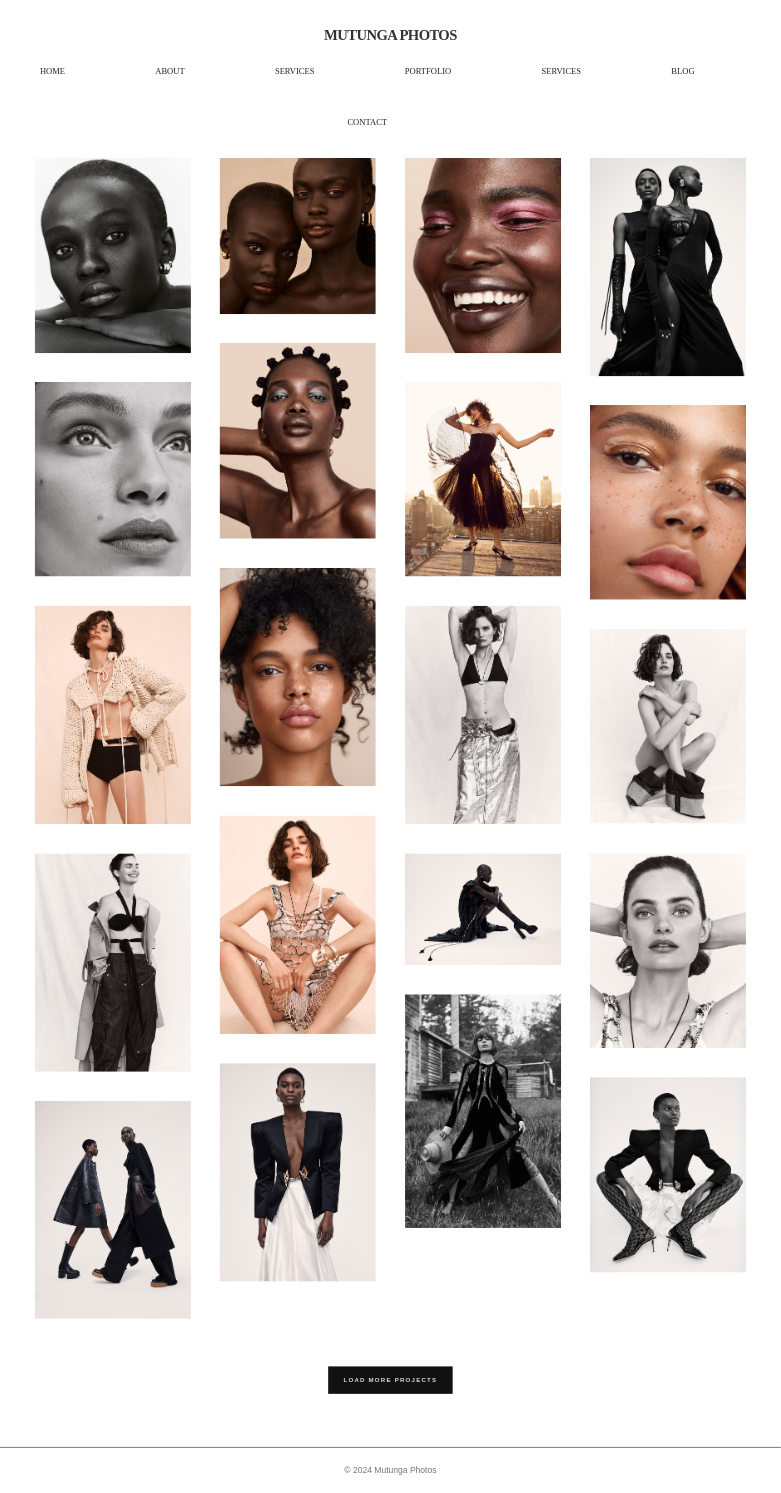
Repository: Jonar254/mutunga-concept-01
Page: index.html
An editor plug-in stored every save of this project. The page is shown before and after the next save, followed by the edit.
The browser window is 1280 px wide. The pictures show the whole page, at 61% of full size.
Some web fonts or font styles are not loaded; a fallback is used.

Above is the page before, as saved 2024-07-02 17:19:46.

### index.html
<!doctype html>
<!--[if lt IE 7]>      <html class="no-js lt-ie9 lt-ie8 lt-ie7" lang=""> <![endif]-->
<!--[if IE 7]>         <html class="no-js lt-ie9 lt-ie8" lang=""> <![endif]-->
<!--[if IE 8]>         <html class="no-js lt-ie9" lang=""> <![endif]-->
<!--[if gt IE 8]><!--> <html class="no-js" lang="en"> <!--<![endif]-->


<head>
        <meta charset="utf-8">
        <meta name="viewport" content="width=device-width, initial-scale=1">
		<meta name="description" content="">
        <meta name="author" content="IconicThemes">

        <title>Mutunga Photos || Index</title>

		<link rel="shortcut icon" type="image/x-icon" href="img/favicon.png">

        <!-- Font Awesome Icons CSS -->
        <link rel="stylesheet" href="css/font-awesome.min.css">
        <!-- Themify Icons CSS -->
        <link rel="stylesheet" href="css/themify-icons.css">
        <!-- Elegant Font Icons CSS -->
        <link rel="stylesheet" href="css/elegant-font-icons.css">
        <!-- Elegant Line Icons CSS -->
        <link rel="stylesheet" href="css/elegant-line-icons.css">
		<!-- Bootstrap CSS -->
        <link rel="stylesheet" href="css/bootstrap.min.css">
        <!-- CSS Animation -->
        <link rel="stylesheet" href="css/animate.min.css">
		<!-- Venobox CSS -->
        <link rel="stylesheet" href="css/venobox/venobox.css">
		<!-- OWL-Carousel CSS -->
        <link rel="stylesheet" href="css/owl.carousel.css">
        <!-- Slick Nav CSS -->
        <link rel="stylesheet" href="css/slicknav.min.css">
		<!-- Main CSS -->
        <link rel="stylesheet" href="css/main.css">
		<!-- Responsive CSS -->
        <link rel="stylesheet" href="css/responsive.css">

        <script src="js/vendor/modernizr-2.8.3-respond-1.4.2.min.js"></script>
    </head>
    <body>
        <!--[if lt IE 8]>
            <p class="browserupgrade">You are using an <strong>outdated</strong> browser. Please <a href="http://browsehappy.com/">upgrade your browser</a> to improve your experience.</p>
        <![endif]-->

        <div class="site-preloader-wrap">
            <div class="spinner"></div>
        </div><!-- Preloader -->

        <header id="header" class="header-section">
            <div class="container-fluid">
                <div class="row d-flex flex-column align-items-center">
                    <div class="col-12 text-center pt-lg-4">
                        <div class="site-branding">
                            <a href="#"><h2 class="site-title fw-bold"><span>MUTUNGA PHOTOS</span></h2></a>
                        </div>
                    </div>
                    <div class="col-12 text-center">
                        <ul id="mainmenu" class="nav navbar-nav nav-menu">
                            <li class="nav-item active"><a href="index.html" class="nav-link">Home</a></li>
                            <li class="nav-item"><a href="about.html" class="nav-link">About</a></li>
                            <li class="nav-item"><a href="services.html" class="nav-link">Services</a></li>
                            <li class="nav-item"><a href="portfolio.html" class="nav-link">Portfolio</a></li>
                            <li class="nav-item"><a href="services.html" class="nav-link">Services</a></li>
                             <li class="nav-item"><a href="blog.html" class="nav-link">Blog</a>
                                <ul class="submenu">
                                    <li class="nav-item"><a href="blog-single.html" class="nav-link">Blog Single</a></li>
                                </ul>
                            </li>
                            <li class="nav-item"><a href="contact.html" class="nav-link">Contact</a></li>
                        </ul>
                    </div>
                </div>
            </div>
        </header>


       <!--<div class="header-height"></div>-->



        <section class="portfolio-section padding">
        <div class="container-fluid px-lg-5">
            <!-- <div class="row">
                 <ul class="portfolio-filter text-center mb-30">
                     <li class="active" data-filter="*">All</li>
                     <li data-filter=".branding">Branding</li>
                     <li data-filter=".design">Design</li>
                     <li data-filter=".wordpress">Wordpress</li>
                     <li data-filter=".marketing">Marketing</li>
                 </ul> /.Work filter
             </div> -->
             <div class="row portfolio-items">
                 <div class="col-lg-3 col-md-4 col-sm-6 mb-5 px-4 single-item branding design">
                     <div class="portfolio-box">
                         <img src="img/lara (1).jpeg" alt="img">
                         <div class="portfolio-inner">
                             <div class="portfolio-content">
                                 <h3><a href="portfolio-single.html">1</a></h3>
                                 <span>Branding</span>
                             </div>
                         </div>
                     </div>
                 </div><!-- /Portfolio-1 -->
                 <div class="col-lg-3 col-md-4 col-sm-6 mb-5 px-4 single-item design wordpress">
                     <div class="portfolio-box">
                         <img src="img/lara (2).jpeg" alt="img">
                         <div class="portfolio-inner">
                             <div class="portfolio-content">
                                 <h3><a href="portfolio-single.html">2</a></h3>
                                 <span>Design</span>
                             </div>
                         </div>
                     </div>
                 </div><!-- /Portfolio-2 -->
                 <div class="col-lg-3 col-md-4 col-sm-6 mb-5 px-4 single-item wordpress marketing">
                     <div class="portfolio-box">
                         <img src="img/lara (3).jpeg" alt="img">
                         <div class="portfolio-inner">
                             <div class="portfolio-content">
                                 <h3><a href="portfolio-single.html">3</a></h3>
                                 <span>Web Design</span>
                             </div>
                         </div>
                     </div>
                 </div><!-- /Portfolio-3 -->
                 <div class="col-lg-3 col-md-4 col-sm-6 mb-5 px-4 single-item branding marketing">
                     <div class="portfolio-box">
                         <img src="img/lara (17).jpg" alt="img">
                         <div class="portfolio-inner">
                             <div class="portfolio-content">
                                 <h3><a href="portfolio-single.html">4</a></h3>
                                 <span>Website</span>
                             </div>
                         </div>
                     </div>
                 </div><!-- /Portfolio-4 -->
                 <div class="col-lg-3 col-md-4 col-sm-6 mb-5 px-4 single-item design branding">
                     <div class="portfolio-box">
                         <img src="img/lara (5).jpeg" alt="img">
                         <div class="portfolio-inner">
                             <div class="portfolio-content">
                                 <h3><a href="portfolio-single.html">5</a></h3>
                                 <span>Design</span>
                             </div>
                         </div>
                     </div>
                 </div><!-- /Portfolio-5 -->
                 <div class="col-lg-3 col-md-4 col-sm-6 mb-5 px-4 single-item wordpress design">
                     <div class="portfolio-box">
                         <img src="img/lara (6).jpeg" alt="img">
                         <div class="portfolio-inner">
                             <div class="portfolio-content">
                                 <h3><a href="portfolio-single.html">6</a></h3>
                                 <span>Branding</span>
                             </div>
                         </div>
                     </div>
                 </div><!-- /Portfolio-6 -->
                 <div class="col-lg-3 col-md-4 col-sm-6 mb-5 px-4 single-item branding wordpress">
                     <div class="portfolio-box">
                         <img src="img/lara (7).jpeg" alt="img">
                         <div class="portfolio-inner">
                             <div class="portfolio-content">
                                 <h3><a href="portfolio-single.html">7</a></h3>
                                 <span>Website</span>
                             </div>
                         </div>
                     </div>
                 </div><!-- /Portfolio-7 -->
                 <div class="col-lg-3 col-md-4 col-sm-6 mb-5 px-4 single-item design marketing">
                     <div class="portfolio-box">
                         <img src="img/lara (8).jpg" alt="img">
                         <div class="portfolio-inner">
                             <div class="portfolio-content">
                                 <h3><a href="portfolio-single.html">8</a></h3>
                                 <span>Branding</span>
                             </div>
                         </div>
                     </div>
                 </div><!-- /Portfolio-8 -->
                 <div class="col-lg-3 col-md-4 col-sm-6 mb-5 px-4 single-item marketing design">
                     <div class="portfolio-box">
                         <img src="img/lara (9).jpg" alt="img">
                         <div class="portfolio-inner">
                             <div class="portfolio-content">
                                 <h3><a href="portfolio-single.html">9</a></h3>
                                 <span>Design</span>
                             </div>
                         </div>
                     </div>
                 </div><!-- /Portfolio-9 -->
                 <!-- Portfolio Items from 10 to 20 -->
<div class="col-lg-3 col-md-4 col-sm-6 mb-5 px-4 single-item marketing design">
    <div class="portfolio-box">
        <img src="img/lara (10).jpg" alt="img">
        <div class="portfolio-inner">
            <div class="portfolio-content">
                <h3><a href="portfolio-single.html">10</a></h3>
                <span>Design</span>
            </div>
        </div>
    </div>
</div><!-- /Portfolio-10 -->

<div class="col-lg-3 col-md-4 col-sm-6 mb-5 px-4 single-item marketing design">
    <div class="portfolio-box">
        <img src="img/lara (11).jpg" alt="img">
        <div class="portfolio-inner">
            <div class="portfolio-content">
                <h3><a href="portfolio-single.html">11</a></h3>
                <span>Design</span>
            </div>
        </div>
    </div>
</div><!-- /Portfolio-11 -->

<div class="col-lg-3 col-md-4 col-sm-6 mb-5 px-4 single-item marketing design">
    <div class="portfolio-box">
        <img src="img/lara (12).jpg" alt="img">
        <div class="portfolio-inner">
            <div class="portfolio-content">
                <h3><a href="portfolio-single.html">12</a></h3>
                <span>Design</span>
            </div>
        </div>
    </div>
</div><!-- /Portfolio-12 -->

<div class="col-lg-3 col-md-4 col-sm-6 mb-5 px-4 single-item marketing design">
    <div class="portfolio-box">
        <img src="img/lara (13).jpg" alt="img">
        <div class="portfolio-inner">
            <div class="portfolio-content">
                <h3><a href="portfolio-single.html">13</a></h3>
                <span>Design</span>
            </div>
        </div>
    </div>
</div><!-- /Portfolio-13 -->

<div class="col-lg-3 col-md-4 col-sm-6 mb-5 px-4 single-item marketing design">
    <div class="portfolio-box">
        <img src="img/lara (14).jpg" alt="img">
        <div class="portfolio-inner">
            <div class="portfolio-content">
                <h3><a href="portfolio-single.html">14</a></h3>
                <span>Design</span>
            </div>
        </div>
    </div>
</div><!-- /Portfolio-14 -->

<div class="col-lg-3 col-md-4 col-sm-6 mb-5 px-4 single-item marketing design">
    <div class="portfolio-box">
        <img src="img/lara (15).jpg" alt="img">
        <div class="portfolio-inner">
            <div class="portfolio-content">
                <h3><a href="portfolio-single.html">15</a></h3>
                <span>Design</span>
            </div>
        </div>
    </div>
</div><!-- /Portfolio-15 -->

<div class="col-lg-3 col-md-4 col-sm-6 mb-5 px-4 single-item marketing design">
    <div class="portfolio-box">
        <img src="img/lara (16).jpg" alt="img">
        <div class="portfolio-inner">
            <div class="portfolio-content">
                <h3><a href="portfolio-single.html">16</a></h3>
                <span>Design</span>
            </div>
        </div>
    </div>
</div><!-- /Portfolio-16 -->

<div class="col-lg-3 col-md-4 col-sm-6 mb-5 px-4 single-item marketing design">
    <div class="portfolio-box">
        <img src="img/lara (4).jpg" alt="img">
        <div class="portfolio-inner">
            <div class="portfolio-content">
                <h3><a href="portfolio-single.html">17</a></h3>
                <span>Design</span>
            </div>
        </div>
    </div>
</div><!-- /Portfolio-17 -->

<div class="col-lg-3 col-md-4 col-sm-6 mb-5 px-4 single-item marketing design">
    <div class="portfolio-box">
        <img src="img/lara (18).jpg" alt="img">
        <div class="portfolio-inner">
            <div the "portfolio-content">
                <h3><a href="portfolio-single.html">18</a></h3>
                <span>Design</span>
            </div>
        </div>
    </div>
</div><!-- /Portfolio-18 -->

<div class="col-lg-3 col-md-4 col-sm-6 mb-5 px-4 single-item marketing design">
    <div class="portfolio-box">
        <img src="img/lara (19).jpg" alt="img">
        <div class="portfolio-inner">
            <div class="portfolio-content">
                <h3><a href="portfolio-single.html">19</a></h3>
                <span>Design</span>
            </div>
        </div>
    </div>
</div><!-- /Portfolio-19 -->

<div class="col-lg-3 col-md-4 col-sm-6 mb-5 px-4 single-item marketing design">
    <div class="portfolio-box">
        <img src="img/lara (20).jpg" alt="img">
        <div class="portfolio-inner">
            <div the "portfolio-content">
                <h3><a href="portfolio-single.html">20</a></h3>
                <span>Design</span>
            </div>
        </div>
    </div>
</div><!-- /Portfolio-20 -->

             </div>
             <div class="load-more-btn text-center mt-30">
                 <a href="#" class="default-btn">Load More Projects</a>
             </div>
         </div>
        </section>

<!--
        <section class="footer-widget-section padding">
            <div class="container">
                <div class="row">
                    <div class="col-md-4 col-sm-6 xs-padding">
                        <div class="footer-widget">
                            <h2 class="text-white">Stela.</h2>
                            <div class="sep"></div>
                            <p class="mb-0">Stela will help you to make any website like creative startups, professional photographer, portfolio agency or other business very easily as it has been coded in Bootstrap and CSS3.</p>
                        </div>
                    </div>
                    <div class="col-md-4 col-sm-6 xs-padding">
                        <div class="footer-widget">
                            <ul class="address">
                                <li><i class="fa fa-phone"></i> <a href="mailto:+12345678905">+1234 567 8905</a></li>
                                <li><i class="fa fa-envelope-o"></i> <a href="mailto:email@yourdomain.com">email@yourdomain.com</a></li>
                                <li><i class="fa fa-map-marker"></i> 60 Grand Avenue. Central New Road 0708, USA</li>
                            </ul>
                            <ul class="social-icon">
                                <li class="facebook"><a href="#"><i class="fa fa-facebook"></i></a></li>
                                <li class="twitter"><a href="#"><i class="fa fa-twitter"></i></a></li>
                                <li class="instagram"><a href="#"><i class="fa fa-instagram"></i></a></li>
                                <li class="pinterest"><a href="#"><i class="fa fa-pinterest"></i></a></li>
                                <li class="dribbble"><a href="#"><i class="fa fa-dribbble"></i></a></li>
                            </ul>
                        </div>
                    </div>
                    <div class="col-md-4 col-sm-6 xs-padding">
                        <div class="footer-widget">
                            <h2 class="text-white">About me.</h2>
                            <div class="sep"></div>
                            <p class="mb-0">I believe that every client Business more management is a holistic management approach focused on aligning all aspects organization with the wants and needs of clients.</p>
                        </div>
                    </div>
                </div>
            </div>
        </section><!-- /.footer-widget-section -->

        <footer class="copyright-text text-center">
            <div class="container">
                <p>&copy; 2024 Mutunga Photos</p>
            </div>
        </footer><!-- /.copyright-text -->

		<a data-scroll href="#header" id="scroll-to-top"><i class="arrow_up"></i></a>

		<!-- jQuery Lib -->
		<script src="js/vendor/jquery-1.12.4.min.js"></script>
		<!-- Bootstrap JS -->
		<script src="js/vendor/bootstrap.min.js"></script>
		<!-- Tether JS -->
		<script src="js/vendor/tether.min.js"></script>
        <!-- Imagesloaded JS -->
        <script src="js/vendor/imagesloaded.pkgd.min.js"></script>
		<!-- OWL-Carousel JS -->
		<script src="js/vendor/owl.carousel.min.js"></script>
		<!-- isotope JS -->
		<script src="js/vendor/jquery.isotope.v3.0.2.js"></script>
		<!-- Smooth Scroll JS -->
		<script src="js/vendor/smooth-scroll.min.js"></script>
		<!-- venobox JS -->
		<script src="js/vendor/venobox.min.js"></script>
        <!-- Slick Nav JS -->
        <script src="js/vendor/jquery.slicknav.min.js"></script>
        <!-- Wow JS -->
		<script src="js/vendor/wow.min.js"></script>
		<!-- Contact JS -->
		<script src="js/contact.js"></script>
		<!-- Main JS -->
		<script src="js/main.js"></script>

    </body>

</html>

### css/responsive.css
/* Charitify Theme Responsive Design */

@media (max-width: 1024px) {
   .skill-content {
    padding: 29px 20px;
}

/* ---- Start of max-width 992px CSS ---- */
@media (max-width: 992px) {
    .sm-padding{
        padding: 15px;
    }
    ul.nav > li > a {
        font-size: 10px;
        padding: 0 5px;
    }
    .blog-content p{
        font-size: 12px;
    }
    .blog-items{
        padding: 0 10px;
    }
    .list-items .blog-post .col-md-6:first-child{
        padding-left: 15px;
    }
    .bottom-header .default-btn{
        display: none;
    }
    #mainmenu li{
        padding-left: 15px;
    }
    .hero-content h1{
        font-size: 36px;
    }
    .about-bg {
        margin-bottom: 30px;
    }
    .comments-list .comment-box {
        width: 80%;
    }
    .reply-list .comment-box{
        width: 80%;
    }
    .social-icon li{
        margin-bottom: 10px;
    }

}
/* ---- End of max-width 992px CSS ---- */


/* ---- Start of min-width 480px and max-width 768px CSS ---- */
@media all and (min-width: 480px) and (max-width: 768px) {

}
/* ---- End of min-width 480px and max-width 768px CSS ---- */


/* ---- Start of max-width 767px CSS ---- */
@media all and (max-width: 767px) {
    body, p{
        font-size: 12px;
        line-height: 22px;
    }
    h1{
        font-size: 30px;
        line-height: 40px;
    }
    h2 br,
    h1 br{
        display: none;
    }
    h2{
        font-size: 20px;
    }
    h3{
        font-size: 16px;
    }
    p br{
        display: none;
    }
    .hero-section,
    .page-header.
    .padding{
        padding: 60px 0;
    }
    .portfolio-section{ padding-top: 0; }
    .xs-padding{
    	padding: 15px;
    }
    .site-branding {
        padding: 17px 0;
    }
    .js #mainmenu {
        display:none;
    }
    .js .slicknav_menu {
        display:block;
    }
    .main-header .social-icon{
        display: none;
    }
    #scroll-to-top {
        width: 35px;
        height: 35px;
        font-size: 10px;
        line-height: 35px;
        bottom: 20px;
        right: 20px;
    }
}
/* ---- End of max-width 767px CSS ---- */


/* ---- Start of max-width 580px CSS ---- */
@media all and (max-width: 580px) {
    .coment-form .form-group .col-sm-4{
        margin-bottom: 15px;
        margin-top: auto;
    }
    .comment-form .form-group .col-sm-4:nth-child(1),
    .comment-form .form-group .col-sm-4:nth-child(2){
        margin-bottom: 15px;
    }
    .slider-text h1{
        font-size: 16px;
    }
    .slider-text p{
        display: none;
    }
    .top-content-wrap ul li{
        margin-right: 18px;
    }
    .reply-list {
        padding-left: 20px;
    }

}
/* ---- End of max-width 580px CSS ---- */


/* ---- Start of max-width 420px CSS ---- */
@media all and (max-width: 420px) {

}
/* ---- End of max-width 420px CSS ---- */


/* ---- Start of max-width 380px CSS ---- */
@media all and (max-width: 380px) {
	.slider_content .btn_group a {
        margin: 0 10px 10px 0;
    }
}
/* ---- End of max-width 380px CSS ---- */

Loaded but not shown: css/font-awesome.min.css (library); css/themify-icons.css (library); css/bootstrap.min.css (library); css/animate.min.css (library); css/venobox/venobox.css (common file); css/owl.carousel.css (library); css/slicknav.min.css (common file); js/vendor/modernizr-2.8.3-respond-1.4.2.min.js (library); js/vendor/jquery-1.12.4.min.js (library); js/vendor/bootstrap.min.js (library); js/vendor/tether.min.js (library); js/vendor/imagesloaded.pkgd.min.js (library); js/vendor/owl.carousel.min.js (library); js/vendor/jquery.isotope.v3.0.2.js (library); js/vendor/smooth-scroll.min.js (library); js/vendor/venobox.min.js (library); js/vendor/jquery.slicknav.min.js (library); js/vendor/wow.min.js (library); js/main.js (164 lines, source omitted); js/contact.js (49 lines, source omitted); css/main.css (1435 lines, source omitted); css/elegant-font-icons.css (1157 lines, source omitted); css/elegant-line-icons.css (343 lines, source omitted)

After the next save:
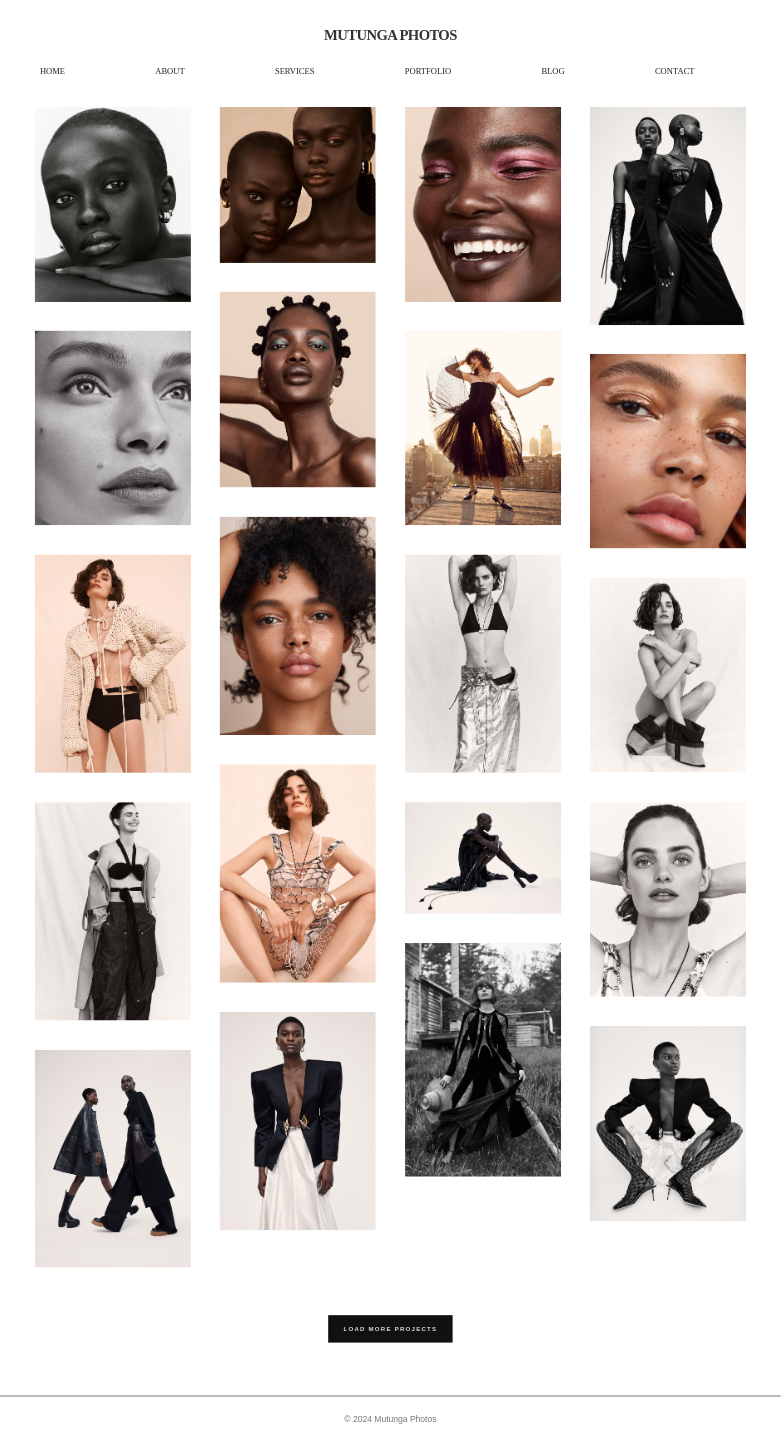
Saved 59 s later.
--- a/index.html
+++ b/index.html
@@ -63,7 +63,7 @@
                             <li class="nav-item"><a href="about.html" class="nav-link">About</a></li>
                             <li class="nav-item"><a href="services.html" class="nav-link">Services</a></li>
                             <li class="nav-item"><a href="portfolio.html" class="nav-link">Portfolio</a></li>
-                            <li class="nav-item"><a href="services.html" class="nav-link">Services</a></li>
+
                              <li class="nav-item"><a href="blog.html" class="nav-link">Blog</a>
                                 <ul class="submenu">
                                     <li class="nav-item"><a href="blog-single.html" class="nav-link">Blog Single</a></li>
